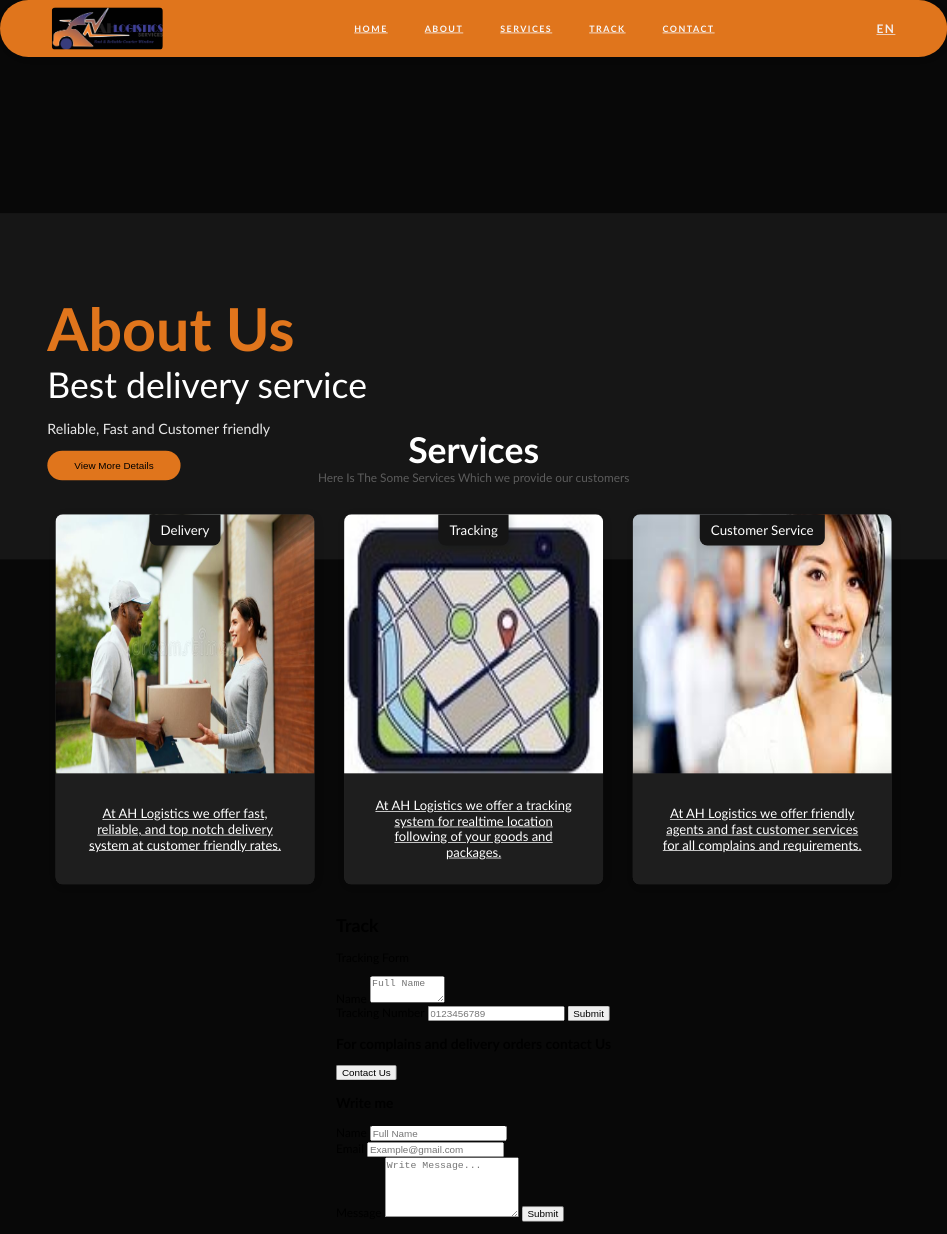
Repository: TheSecretlifeOfX/Ah-Logistics
Page: index.html
An editor plug-in stored every save of this project. The page is shown before and after the next save, followed by the edit.
The browser window is 1280 px wide. The pictures show the whole page, at 74% of full size.

Above is the page before, as saved 2022-03-02 14:39:39.

### index.html
<html>
<head>
<meta charset="utf-8">
<meta http-equiv="X-UA-Compatible" content="IE-edge">
<meta name="viewport" content="width=device-width, intial-scale=1.0">
<title>Logistics Website</title>
<link rel="stylesheet" href="./css/home.css">
</head>
<body>
<section id="main">
	<nav>
	<a href="#" class="logo"><img src="images/logo.jpg"></a>
	<div class="toggle"></div>
	<ul class="menu">
	<li class="active"><a href="#main" >Home</a></li>
	<li><a href="#about">About</a></li>
	<li><a href="#services">Services</a></li>
	<li><a href="#Tracking-Form">Track</a></li>
    <li><a href="#contact-form">Contact</a></li>
	</ul>
	<a href="#" class="lang">En</a>
	</nav>
    </section>
</div>
<section id="about">
	<div class="about-text">
	<h1>About Us</h1>
	<h2>Best delivery service</h2>
	<p>Reliable, Fast and Customer friendly</p>
	<button>View More Details</button>
	</div>
</section>
<section id="services">
<div class="s-heading">
<h1>Services</h1>
<p>Here Is The Some Services Which we provide our customers</p>
</div>
<div class="b-container">
<div class="s-box">
<div class="s-b-img">
    <div class="s-type">Delivery</div>
    <img src="images/delivery.jpg">
</div>
<div class="s-b-text">
<a href="#">At AH Logistics we offer fast, reliable, and top notch delivery system at customer friendly rates.</a>
</div>
</div>
<div class="s-box">
<div class="s-b-img">
    <div class="s-type">Tracking</div>
    <img src="images/track.jpg">
</div>
<div class="s-b-text">
<a href="#">At AH Logistics we offer a tracking system for realtime location following of your goods and packages.</a>
</div>
</div>
<div class="s-box">
<div class="s-b-img">
    <div class="s-type">Customer Service</div>
    <img src="images/customer.jpg">
</div>
<div class="s-b-text">
<a href="#">At AH Logistics we offer friendly agents and fast customer services for all complains and requirements.</a>
</div>
</div>
</div>
</div>
<section id=Tracking-Form></section>
<form>
<div class="Track-left">
<h1 class=T-1-Heading>Track</h1>
<p class=T-2-Body>Tracking Form</p></div>
<div class="Track-right">
	<div class="C-Name">
	<font >Name</font>
	<textarea name="message" rows="2" cols="10" placeholder="Full Name"></textarea>
	<div class="f-Num">
		<font >Tracking Number</font>
		<input type="Number" placeholder="0123456789"/>
	<button>Submit</button>
</form>
<section id="contact-btn">
	<h1 class="c-b-heading">For complains and delivery orders contact Us</h1>
		<button >Contact Us</button>
	</section>
<!--contact-form------------------->
<section id="contact-form">
<form>
<!--left--------------------------------------->
<div class="contact-left">
<h1 class="c-l-heading">Write me</h1>
<div class="f-name">
<font >Name</font>
<input type="text" placeholder="Full Name"/>
</div>
<div class="f-email">
<font >Email</font>
<input type="email" placeholder="Example@gmail.com"/>
</div>
</div>
<div class="contact-right">

<div class="message">
<font >Message</font>
<textarea name="message" rows="5" cols="20" placeholder="Write Message..."></textarea>
<button>Submit</button>
</div>
</form>
</section>
</section>
</body>
</html>

### css/home.css
body{
	margin:0px;
	padding:0px;
	background-color: #080808;
	background-size: 100%;
	min-height: 100vh;
	}
	#main{
		width:100%;
		height: 40vh;
		}
		nav{
			display:flex;
			justify-content: space-between;
			align-items: center;
			text-transform: uppercase;
			font-weight: 600;
			letter-spacing: 2px;
			font-family: calibri;
			top: 0;
			left: 10px;
			width:100%;
			box-sizing: border-box;
			padding: 5px 70px;
			background-color:#e0751c;
			box-shadow:2px 2px 12px rgba(0,0,0,0.05);
			z-index: 1;
			border-radius: 50px;
			}
			.menu{
			display: flex;

			}
			.menu li a{
			padding: 10px 25px;
			color:#f8f8fa;
			font-size: 12px;
			display:inline-block;
			}
			li{display:inline-block}
			.lang{
			color:#f3ecec;
			}
			.logo > img {
				width: 100%;
				height: 100%;
				max-width: 150px;
				display: flex;
				justify-content: center;
				align-items: center;
				text-align: center;
				margin-left: 0px;
				border-radius: 5px;
				 }
			.toggle{
			display: none;
			}
			.menu li a:hover{
			background-color:#292929;
			color:#FFF!important;
			font-weight: bold;
			transition: all ease 0.4s;
			}
			.lang:hover{
				background-color:#292929;
			color:#FFF!important;
			font-weight: bold;
			transition: all ease 0.4s;
			}
			#about{
				width:100%;
				height: 65vh;
				background-color:#161616;
				box-sizing: border-box;
				display: flex;
				align-items: center;
				justify-content: space-between;
				padding: 0px 5% 0px 5%;
			}
			.about-text{
				font-family: calibri;
				width: 50%;
			}
			.about-text h1{
				font-size: 5rem;
				color:#e0751c;
			}
			.about-text h2{
				font-size: 3rem;
				color:#FFFFFF;
				font-weight: 400;
			}
			.about-text h1,h2{
				margin: 0px;
				padding: 0px;
			}
			.about-text p{
				font-size: 1.2rem;
				color:rgba(255,255,255,0.90);

			}
			.about-text button{
				width: 180px;
				height: 40px;
				border-radius: 20px;
				border: none;
				outline: none;
				background-color:#e0751c;
			}
			.about-text button:hover{
				background-color: #FFFFFF;
				transition: all ease 0.3s;
			}
			#services{
				width:100%;
			height:100vh;
			box-sizing: border-box;
			font-family: calibri;
			display: flex;
			flex-direction: column;
			align-items: center;
			justify-content: center;
			padding-top: 10px ;

		}

		.s-heading h1{
			color:#FFFFFF;
			font-size: 3rem;
			margin: 0px;
			padding: 0px;

		}
		.s-heading p{
			color:rgba(255,255,255,0.30);
			font-size: 1rem;
			margin: 0px;
			padding: 0px;
		}
		.s-heading{
			text-align: center;
			margin: 20px 0px;
		}
		.s-box{
			background-color: #2B2B2B;
			width:350px;
			height: 500px;
			margin: 20px;
			border-radius: 10px;
			overflow: hidden;
			box-shadow: 2px 2px 12px rgba(0,0,0,0.1);
			position: relative;
		}
		.b-container{
			display: flex;
			justify-content: center;
			align-content: center;


		}
		.s-b-img{
			width: 100%;
			height: 70%;

		}
		.s-b-img img{
			width:100%;
			height: 100%;

		}
		.s-b-text{
			width: 100%;
			height: 30%;
			background-color:#1E1E1E;
			display:flex;
			justify-content: center;
			align-items: center;
			text-align: center;
		}
		.s-b-text a{
			margin: 0px;
			color:#FFFFFF;
			font-size: 1.1rem;
			font-family: calibri;
			display: block;
			display: -webkit-box;
			max-width: 80%;
			-webkit-line-clamp: 4;
			-webkit-box-orient: vertical;
			overflow: hidden;
			text-overflow: ellipsis;
		}
		.s-b-text a:hover{
			color:rgba(255,255,255,0.50)
		}
		.s-type{
			font-family: calibri;
			color:#FFFFFF;
			background-color: #151515;
			padding: 10px 15px;
			position: absolute;
			top: 0px;
			left: 50%;
			transform: translateX(-50%);
			font-size: 18px;
			border-radius: 0px 0px 10px 10px;
			box-shadow: 2px 2px 12px rgba(0,0,0,0.2);
		}
		.s-box:hover{
			transform:translateY(-10px);
			transition: all ease 0.3s;

		}

After the next save:
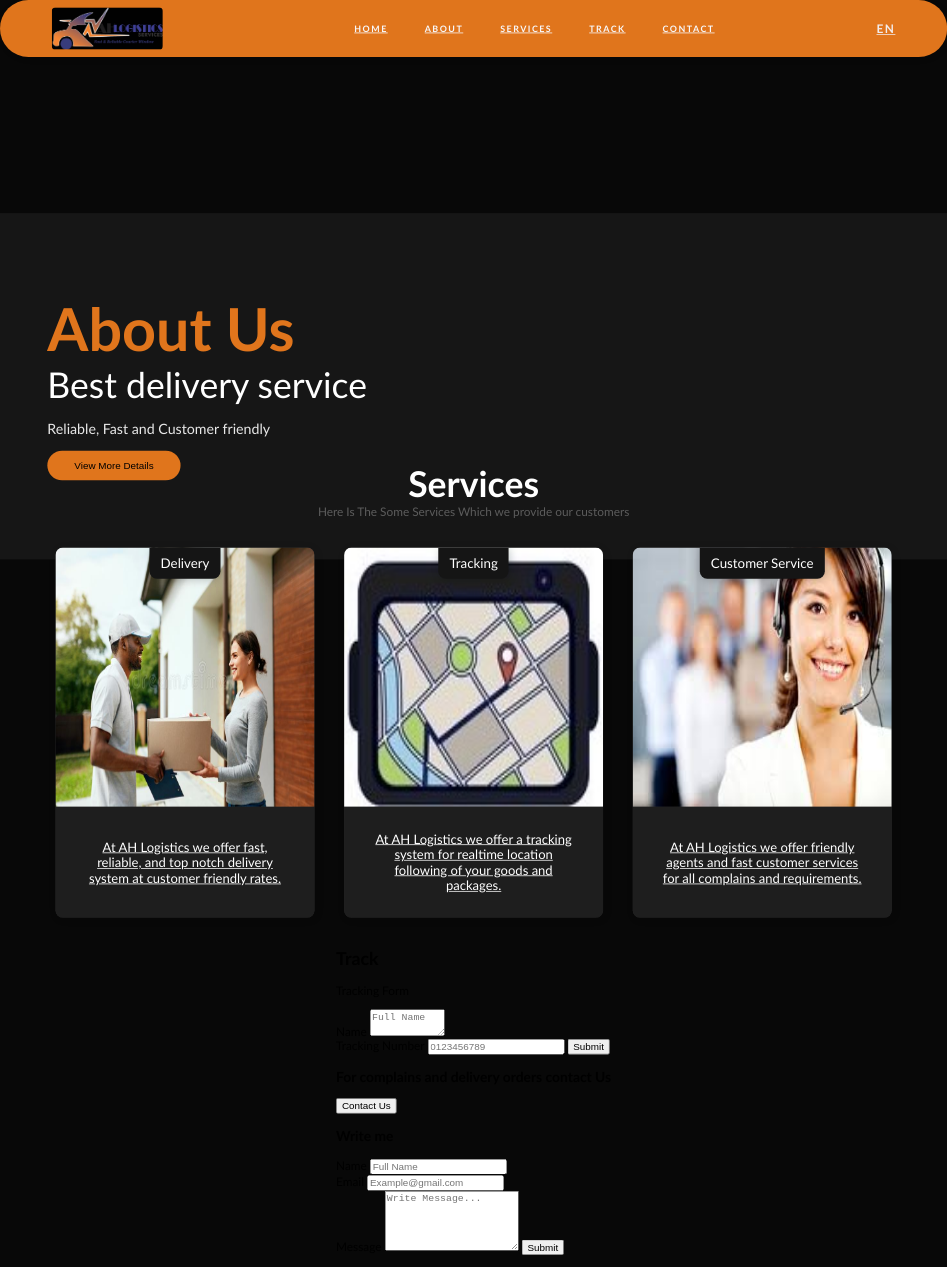
Saved 21 s later.
--- a/css/home.css
+++ b/css/home.css
@@ -120,7 +120,7 @@ body{
 			flex-direction: column;
 			align-items: center;
 			justify-content: center;
-			padding-top: 10px ;
+			padding-top: 100px ;
 
 		}
 
